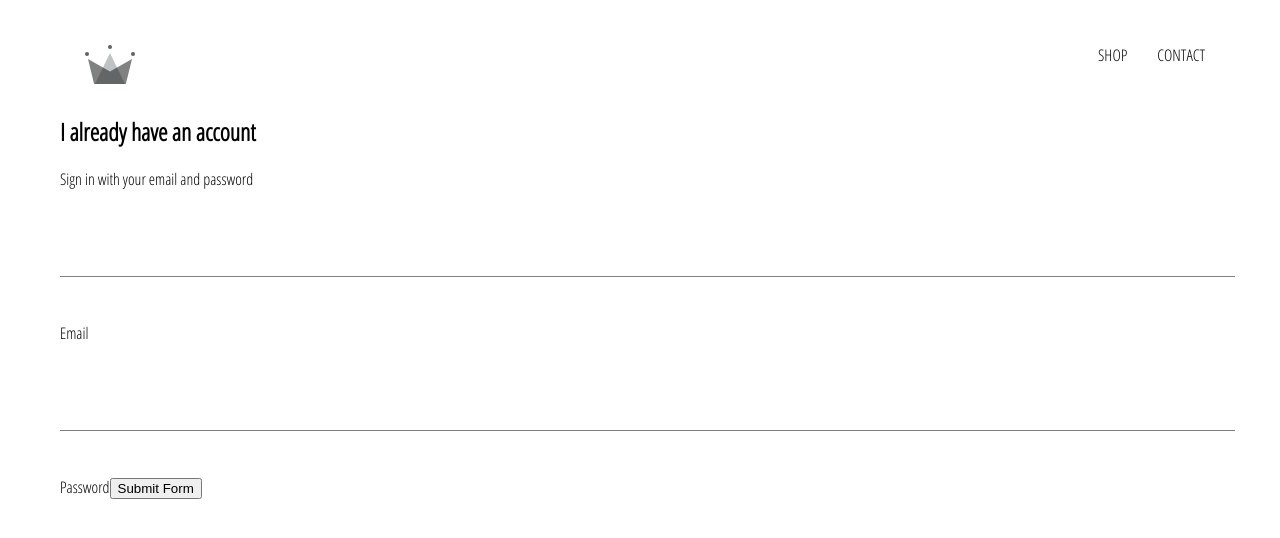
Repository: chonax/crwn-clothing
Page: /signin
An editor plug-in stored every save of this project. The page is shown before and after a run of saves, followed by the edit.
The browser window is 1280 px wide. The pictures show the whole page.
The project was rebuilt for these pictures with package versions that can differ from the ones it lists, and the page was loaded fresh each time. Also part of the build but not shown: src/components/menu-item/menu-item.styles.scss, src/components/menu-item/menu-item.component.jsx, src/components/directory/directory.styles.scss, src/components/directory/directory.component.jsx, src/pages/homepage/homepage.styles.scss, src/pages/homepage/homepage.component.jsx, src/pages/shop/shop.data.js, src/components/collection-item/collection-item.styles.scss and 5 more.

Above is the page before, as saved 2021-01-17 17:27:15.

### public/index.html
<!DOCTYPE html>
<html lang="en">
  <head>
    <meta charset="utf-8" />
    <link rel="preconnect" href="https://fonts.gstatic.com">
    <link rel="icon" href="%PUBLIC_URL%/favicon.ico" />
    <meta name="viewport" content="width=device-width, initial-scale=1" />
    <meta name="theme-color" content="#000000" />
    <meta name="description" content="Web site created using create-react-app" />
    <link rel="apple-touch-icon" href="%PUBLIC_URL%/logo192.png" />
    <!--
      manifest.json provides metadata used when your web app is installed on a
      user's mobile device or desktop. See https://developers.google.com/web/fundamentals/web-app-manifest/
    -->
    <link rel="manifest" href="%PUBLIC_URL%/manifest.json" />
    <link href="https://fonts.googleapis.com/css2?family=Open+Sans+Condensed:wght@300&display=swap" rel="stylesheet">
    <!--
      Notice the use of %PUBLIC_URL% in the tags above.
      It will be replaced with the URL of the `public` folder during the build.
      Only files inside the `public` folder can be referenced from the HTML.

      Unlike "/favicon.ico" or "favicon.ico", "%PUBLIC_URL%/favicon.ico" will
      work correctly both with client-side routing and a non-root public URL.
      Learn how to configure a non-root public URL by running `npm run build`.
    -->
    <title>React App</title>
  </head>
  <body>
    <noscript>You need to enable JavaScript to run this app.</noscript>
    <div id="root"></div>
    <!--
      This HTML file is a template.
      If you open it directly in the browser, you will see an empty page.

      You can add webfonts, meta tags, or analytics to this file.
      The build step will place the bundled scripts into the <body> tag.

      To begin the development, run `npm start` or `yarn start`.
      To create a production bundle, use `npm run build` or `yarn build`.
    -->
  </body>
</html>

### src/App.js
import React from 'react';
import { Switch, Route } from 'react-router-dom';

import './App.css';

import HomePage from './pages/homepage/homepage.component';
import ShopPage from './pages/shop/shop.component';
import SignInAndSignUpPage from './pages/sign-in-and-sign-up/sign-in-and-sign-up.component';
import Header from './components/header/header.component';

function App() {
  return (
  <div>
    <Header />
    <Switch>
      <Route exact path='/' component={HomePage} />
      <Route path='/shop' component={ShopPage} />
      <Route path='/signin' component={SignInAndSignUpPage} />
    </Switch>
  </div>
  );
}

export default App;

### src/pages/sign-in-and-sign-up/sign-in-and-sign-up.component.jsx
import React from 'react';

import SignIn from '../../components/sign-in/sign-in.component';

import './sign-in-and-sign-up.styles.sass';

const SignInAndSignUpPage = () => (
  <div className='sign-in-and-sign-up'>
    <SignIn />
  </div>
);

export default SignInAndSignUpPage;

### src/components/header/header.component.jsx
import React from 'react';
import { Link } from 'react-router-dom';

import { ReactComponent as Logo } from '../../assets/crown.svg';

import './header.styles.scss';

const Header = () => (
  <div className='header'>
    <Link className='logo-container' to="/">
      <Logo className='logo' />
    </Link>
    <div className='options'>
      <Link
        className='option'
        to='/shop'
      >SHOP</Link>
      <Link
        className='option'
        to='/contact'
      >CONTACT</Link>
    </div>
  </div>
)

export default Header;

### src/components/sign-in/sign-in.component.jsx
import { render } from '@testing-library/react';
import React from 'react';

import FormInput from '../form-input/form-input.component';

import './sign-in.styles.sass';

class SignIn extends React.Component {
  constructor(props) {
    super(props);

    this.state = {
      email: '',
      password: '',
    }
  }

  handleSubmit = event => {
    event.preventDefault();

    this.setState({ email: '', password: '' })
  }

  handleChange = event => {
    const { value, name } = event.target;

    this.setState({ [name]: value })
  }

  render() {
    return (
      <div className='sign-in'>
        <h2>I already have an account</h2>
        <span>Sign in with your email and password</span>

        <form onSubmit={this.handleSubmit}>
          <FormInput
            name='email'
            type='email'
            value={this.state.email}
            handleChange={this.handleChange}
            required
          />
          <label>Email</label>
          <FormInput
            name="password"
            type="password"
            value={this.state.password}
            handleChange={this.handleChange}
            required
          />
          <label>Password</label>

          <input type="submit" value="Submit Form" />
        </form>
      </div>
    );
  }
}

export default SignIn;

### src/components/form-input/form-input.component.jsx
import React from 'react';

import './form-input.styles.scss';

const FormInput = ({ handleChange, label, ...otherProps }) => (
  <div className='group'>
    <input className='form-input' onChange={handleChange} {...otherProps} />
    {
      label ?
      (<label className={`${otherProps.value.length ? 'shrink' : ''} form-input-label`}>
        {label}
      </label>)
      : null
    }
  </div>
);

export default FormInput;

### src/components/form-input/form-input.styles.scss
$sub-color: grey;
$main-color: black;

@mixin shrinkLabel {
  top: -14px;
  font-size: 12px;
  color: $main-color;
}

.group {
  position: relative;
  margin: 45px 0;

  .form-input {
    background: none;
    background-color: white;
    color: $sub-color;
    font-size: 18px;
    padding: 10px 10px 10px 5px;
    display: block;
    width: 100%;
    border: none;
    border-radius: 0;
    border-bottom: 1px solid $sub-color;
    margin: 25px 0;

    &:focus {
      outline: none;
    }

    &:focus ~ .form-input-label {
      @include shrinkLabel();
    }
  }

  input[type='password'] {
    letter-spacing: 0.3em;
  }

  .form-input-label {
    color: $sub-color;
    font-size: 16px;
    font-weight: normal;
    position: absolute;
    pointer-events: none;
    left: 5px;
    top: 10px;
    transition: 300ms ease all;

    &.shrink {
      @include shrinkLabel();
    }
  }
}

Loaded but not shown: src/index.js (common file); src/index.css (common file); src/App.css (common file); src/components/header/header.styles.scss (common file); src/pages/sign-in-and-sign-up/sign-in-and-sign-up.styles.sass (no stored copy; drawn as an empty file)

After the next 2 saves:
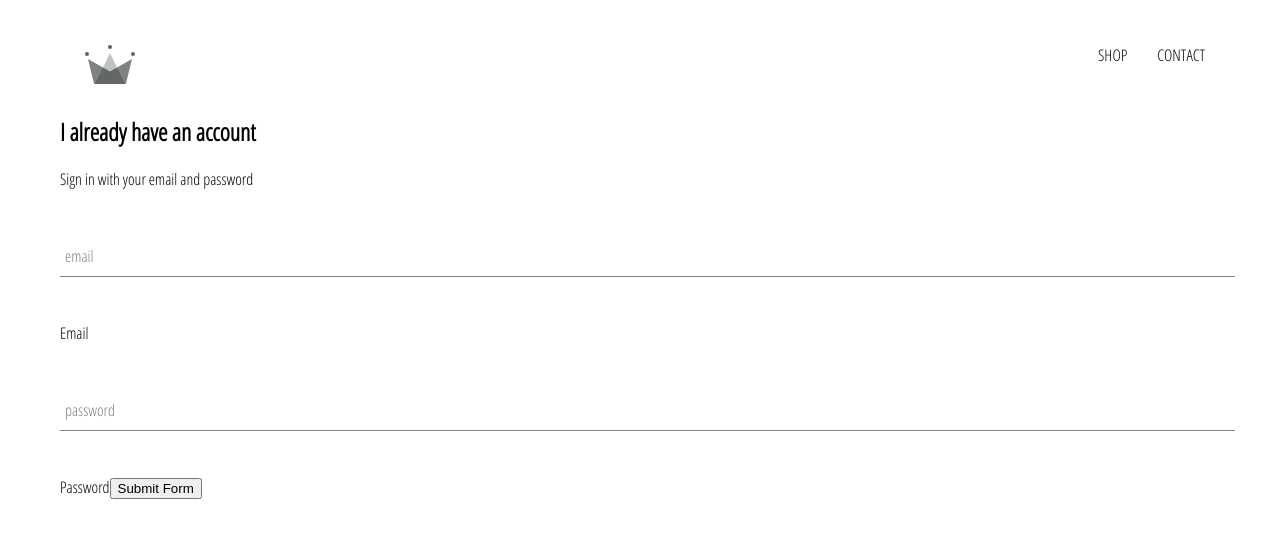
The 2 saves are shown as one change because they came seconds apart.
The last was saved 60 s later.
--- a/src/components/sign-in/sign-in.component.jsx
+++ b/src/components/sign-in/sign-in.component.jsx
@@ -39,6 +39,7 @@ class SignIn extends React.Component {
             type='email'
             value={this.state.email}
             handleChange={this.handleChange}
+            label="email"
             required
           />
           <label>Email</label>
@@ -47,6 +48,7 @@ class SignIn extends React.Component {
             type="password"
             value={this.state.password}
             handleChange={this.handleChange}
+            label="password"
             required
           />
           <label>Password</label>
